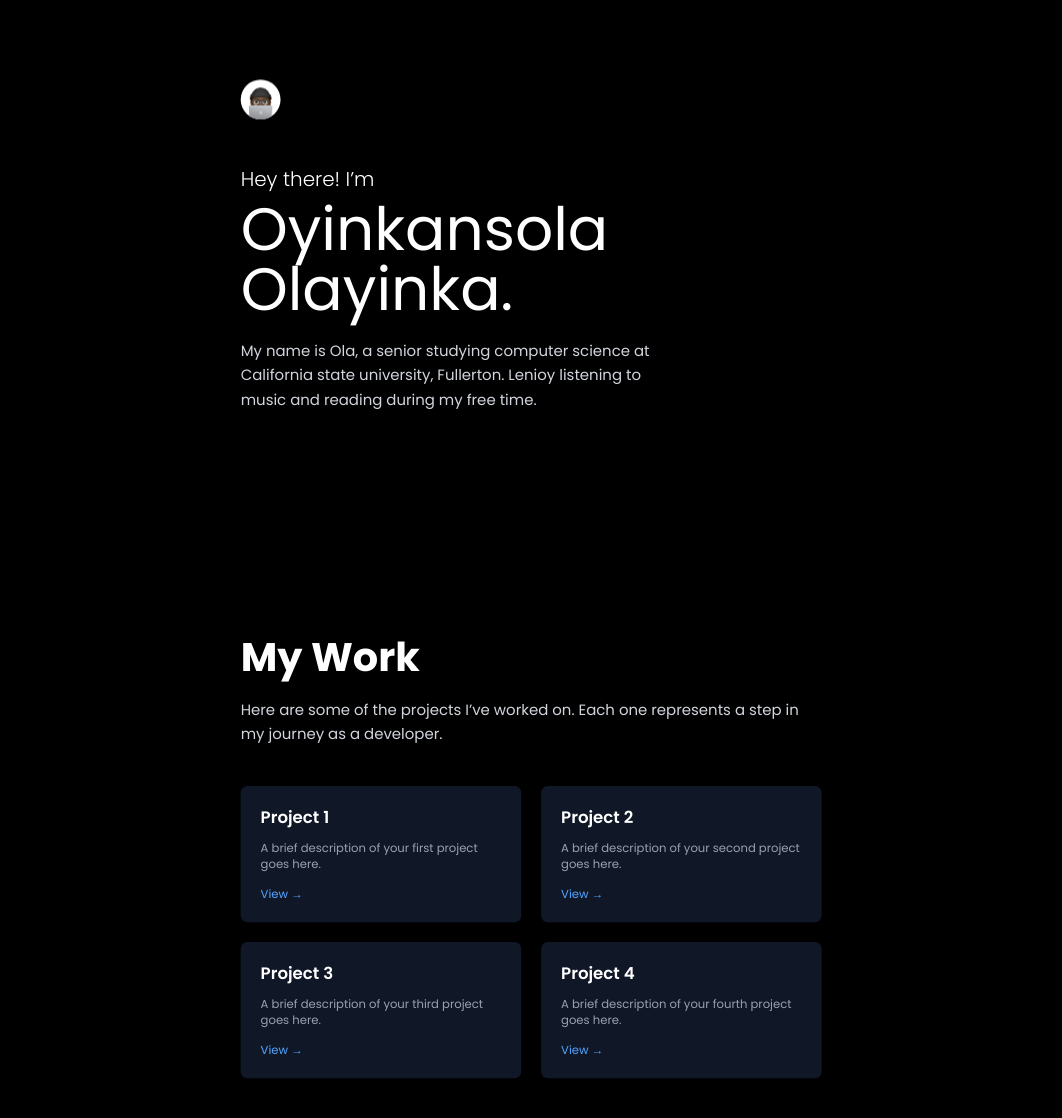
Repository: olasores/olasores-portfolio
Page: /
The author's editor kept a copy of each file at every save. The page is drawn from the files as they stood at one save, then again after the next save.
The browser window is 1280 px wide. The pictures show the whole page, at 83% of full size.
The project was rebuilt for these pictures with package versions that can differ from the ones it lists, and the page was loaded fresh each time. The framework's server and built-in components were replaced by stand-ins that run in the browser. Also part of the build but not shown: next.config.ts.

Above is the page before, as saved 2025-11-11 12:46:59.

After the next save:
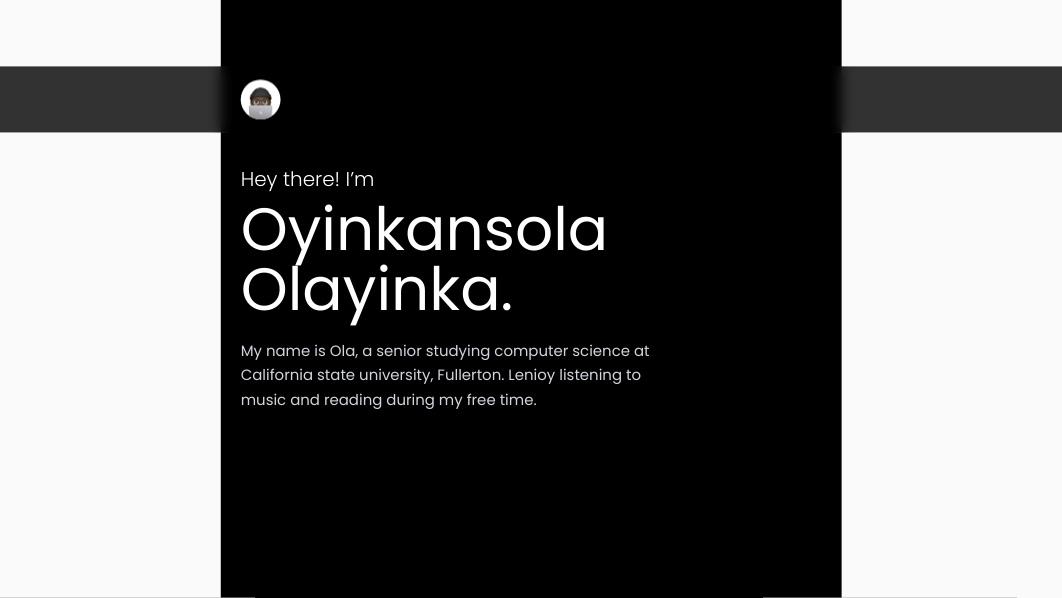
Saved 39 s later.
--- a/app/page.tsx
+++ b/app/page.tsx
@@ -1,9 +1,11 @@
+import Image from "next/image";
 import HomeSection from "./components/HomeSection";
 import Portfolio from "./components/Portfolio";
 
 export default function Home() {
   return (
-    <div className="flex flex-col bg-black">
+
+    <div className="flex min-h-screen items-center justify-center bg-zinc-50 font-sans dark:bg-black">
       <HomeSection />
       <Portfolio />
     </div>
--- a/app/components/Portfolio.tsx
+++ b/app/components/Portfolio.tsx
@@ -1,80 +1,8 @@
 export default function Portfolio() {
     return (
-        <div className="flex justify-center bg-black font-sans dark:bg-black px-6 py-12">
-            <div className="max-w-[700px] w-full flex flex-col gap-12">
-                {/* Section Title */}
-                <div className="flex flex-col gap-6">
-                    <h2 className="text-4xl md:text-5xl font-bold text-white">
-                        My Work
-                    </h2>
-                    <p className="text-base md:text-lg text-gray-300 leading-relaxed">
-                        Here are some of the projects I&rsquo;ve worked on. Each one represents a step in my journey as a developer.
-                    </p>
-                </div>
+        <div>
 
-                {/* Projects Grid */}
-                <div className="grid grid-cols-1 md:grid-cols-2 gap-6">
-                    {/* Project Card 1 */}
-                    <div className="bg-gray-900 rounded-lg p-6 hover:bg-gray-800 transition">
-                        <h3 className="text-xl font-semibold text-white mb-3">
-                            Project 1
-                        </h3>
-                        <p className="text-gray-400 text-sm mb-4">
-                            A brief description of your first project goes here.
-                        </p>
-                        <div className="flex gap-2">
-                            <a href="#" className="text-blue-400 hover:text-blue-300 text-sm">
-                                View →
-                            </a>
-                        </div>
-                    </div>
+        </div>
 
-                    {/* Project Card 2 */}
-                    <div className="bg-gray-900 rounded-lg p-6 hover:bg-gray-800 transition">
-                        <h3 className="text-xl font-semibold text-white mb-3">
-                            Project 2
-                        </h3>
-                        <p className="text-gray-400 text-sm mb-4">
-                            A brief description of your second project goes here.
-                        </p>
-                        <div className="flex gap-2">
-                            <a href="#" className="text-blue-400 hover:text-blue-300 text-sm">
-                                View →
-                            </a>
-                        </div>
-                    </div>
-
-                    {/* Project Card 3 */}
-                    <div className="bg-gray-900 rounded-lg p-6 hover:bg-gray-800 transition">
-                        <h3 className="text-xl font-semibold text-white mb-3">
-                            Project 3
-                        </h3>
-                        <p className="text-gray-400 text-sm mb-4">
-                            A brief description of your third project goes here.
-                        </p>
-                        <div className="flex gap-2">
-                            <a href="#" className="text-blue-400 hover:text-blue-300 text-sm">
-                                View →
-                            </a>
-                        </div>
-                    </div>
-
-                    {/* Project Card 4 */}
-                    <div className="bg-gray-900 rounded-lg p-6 hover:bg-gray-800 transition">
-                        <h3 className="text-xl font-semibold text-white mb-3">
-                            Project 4
-                        </h3>
-                        <p className="text-gray-400 text-sm mb-4">
-                            A brief description of your fourth project goes here.
-                        </p>
-                        <div className="flex gap-2">
-                            <a href="#" className="text-blue-400 hover:text-blue-300 text-sm">
-                                View →
-                            </a>
-                        </div>
-                    </div>
-                </div>
-            </div>
-        </div>
     );
 }
